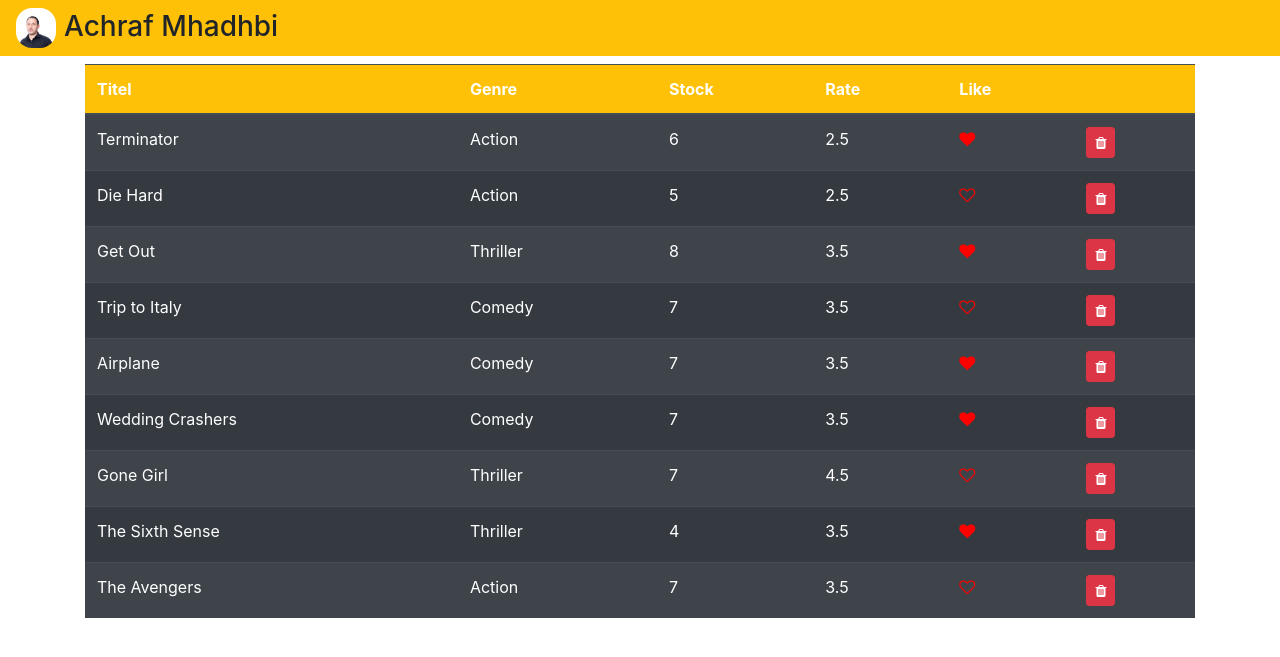
Repository: AMhadhbi/TecMovies-web-app
Page: /
An editor plug-in stored every save of this project. The page is shown before and after the next save, followed by the edit.
The browser window is 1280 px wide. The pictures show the whole page.
The project was rebuilt for these pictures with package versions that can differ from the ones it lists, and the page was loaded fresh each time.

Above is the page before, as saved 2021-03-08 21:55:19.

### src/index.js
import React from 'react';
import ReactDOM from 'react-dom';
import './index.css';
import App from './App';
import reportWebVitals from './reportWebVitals';
import "bootstrap/dist/css/bootstrap.css";
import "font-awesome/css/font-awesome.css";

ReactDOM.render(
  <React.StrictMode>
    <App />
  </React.StrictMode>,
  document.getElementById('root')
);

// If you want to start measuring performance in your app, pass a function
// to log results (for example: reportWebVitals(console.log))
// or send to an analytics endpoint. Learn more: https://bit.ly/CRA-vitals
reportWebVitals();

### src/App.js
import React from 'react';
import Movies from './components/movies';
import Navbar from './components/navbar';

function App() {
  return (
    <React.Fragment>
      <Navbar/>
      <div className='container'>
      <Movies/>
      </div>
    </React.Fragment>

   );
}

export default App;

### src/components/movies.jsx
import React, { Component } from 'react';
import { getMovies } from '../services/fakeMovieService';
import Like from './like';

class Movies extends Component {
    state = {
        movies : getMovies()
     }
    handleLike = (movie) => {
      const movies = [...this.state.movies];
      const index = movies.indexOf(movie);
      movies[index] = { ...movies[index]};
      movies[index].liked = !movies[index].liked;
      this.setState({movies})
    }
    handelDelete = (movie) => {
      const movies = [...this.state.movies];
      let movieInDb = movies.find((m) => m._id === movie._id);
      movies.splice(movies.indexOf(movieInDb), 1);
      this.setState({movies});

    }
    render() {
        const {movies} = this.state;
        return (
            <table className="table table-striped table-dark">
            <thead className="bg-warning">
              <tr>
                <th>Titel</th>
                <th>Genre</th>
                <th>Stock</th>
                <th>Rate</th>
                <th>Like</th>
                <th/>
              </tr>
            </thead>
            <tbody>
            {movies.map((movie) => (
                <tr key={movie.id}>
                    <td>{movie.title}</td>
                    <td>{movie.genre.name}</td>
                    <td>{movie.numberInStock}</td>
                    <td>{movie.dailyRentalRate}</td>
                    <td >
                      <Like
                      movie={movie}
                      OnLike={this.handleLike}/>
                    </td>
                    <td>
                    <button className="btn btn-danger btn-sm" onClick={ () => this.handelDelete(movie)} >
                    <i className="fa fa-trash"/>
                    </button>
                    </td>
            </tr>
            ))}

            </tbody>
          </table>
         );
    }
}

export default Movies;

### src/components/navbar.jsx
import React, { Component } from 'react';
class Navbar extends Component {
    render() {
        return (
            <nav className="navbar navbar-light bg-warning h3">
            <span>
                <img className ="mr-2" src='images/me.png' alt=""
                style={{width: "40px", height: "40px", borderRadius :"40%"}}
                />
                Achraf Mhadhbi
            </span>
            </nav>
         );
    }
}

export default Navbar;

### src/services/fakeMovieService.js
import * as genresAPI from "./fakeGenreService";

const movies = [
  {
    _id: "5b21ca3eeb7f6fbccd471815",
    title: "Terminator",
    genre: { _id: "5b21ca3eeb7f6fbccd471818", name: "Action" },
    numberInStock: 6,
    dailyRentalRate: 2.5,
    publishDate: "2018-01-03T19:04:28.809Z",
    liked: true,
  },
  {
    _id: "5b21ca3eeb7f6fbccd471816",
    title: "Die Hard",
    genre: { _id: "5b21ca3eeb7f6fbccd471818", name: "Action" },
    numberInStock: 5,
    dailyRentalRate: 2.5,
    liked: false,
  },
  {
    _id: "5b21ca3eeb7f6fbccd471817",
    title: "Get Out",
    genre: { _id: "5b21ca3eeb7f6fbccd471820", name: "Thriller" },
    numberInStock: 8,
    dailyRentalRate: 3.5,
    liked: true,
  },
  {
    _id: "5b21ca3eeb7f6fbccd471819",
    title: "Trip to Italy",
    genre: { _id: "5b21ca3eeb7f6fbccd471814", name: "Comedy" },
    numberInStock: 7,
    dailyRentalRate: 3.5,
    liked: false,
  },
  {
    _id: "5b21ca3eeb7f6fbccd47181a",
    title: "Airplane",
    genre: { _id: "5b21ca3eeb7f6fbccd471814", name: "Comedy" },
    numberInStock: 7,
    dailyRentalRate: 3.5,
    liked: true,
  },
  {
    _id: "5b21ca3eeb7f6fbccd47181b",
    title: "Wedding Crashers",
    genre: { _id: "5b21ca3eeb7f6fbccd471814", name: "Comedy" },
    numberInStock: 7,
    dailyRentalRate: 3.5,
    liked: true,
  },
  {
    _id: "5b21ca3eeb7f6fbccd47181e",
    title: "Gone Girl",
    genre: { _id: "5b21ca3eeb7f6fbccd471820", name: "Thriller" },
    numberInStock: 7,
    dailyRentalRate: 4.5,
    liked: false,
  },
  {
    _id: "5b21ca3eeb7f6fbccd47181f",
    title: "The Sixth Sense",
    genre: { _id: "5b21ca3eeb7f6fbccd471820", name: "Thriller" },
    numberInStock: 4,
    dailyRentalRate: 3.5,
    liked: true,
  },
  {
    _id: "5b21ca3eeb7f6fbccd471821",
    title: "The Avengers",
    genre: { _id: "5b21ca3eeb7f6fbccd471818", name: "Action" },
    numberInStock: 7,
    dailyRentalRate: 3.5,
    liked: false,
  },
];

export function getMovies() {
  return movies;
}

export function getMovie(id) {
  return movies.find((m) => m._id === id);
}

export function saveMovie(movie) {
  let movieInDb = movies.find((m) => m._id === movie._id) || {};
  movieInDb.name = movie.name;
  movieInDb.genre = genresAPI.genres.find((g) => g._id === movie.genreId);
  movieInDb.numberInStock = movie.numberInStock;
  movieInDb.dailyRentalRate = movie.dailyRentalRate;

  if (!movieInDb._id) {
    movieInDb._id = Date.now();
    movies.push(movieInDb);
  }

  return movieInDb;
}

export function deleteMovie(id) {
  let movieInDb = movies.find((m) => m._id === id);
  movies.splice(movies.indexOf(movieInDb), 1);
  return movieInDb;
}

### src/components/like.jsx
const Like = (props) => {
    const {movie, OnLike} = props;
    const clsIcon = movie.liked ? "fa fa-heart" :"fa fa-heart-o";
    return (
        <i className={clsIcon}
        style={{color:'red'}}
        onClick={ () => OnLike(movie)}>

        </i>
     );
}

export default Like;

Loaded but not shown: public/index.html (common file); src/index.css (common file); src/reportWebVitals.js (common file); src/services/fakeGenreService.js (common file)

After the next save:
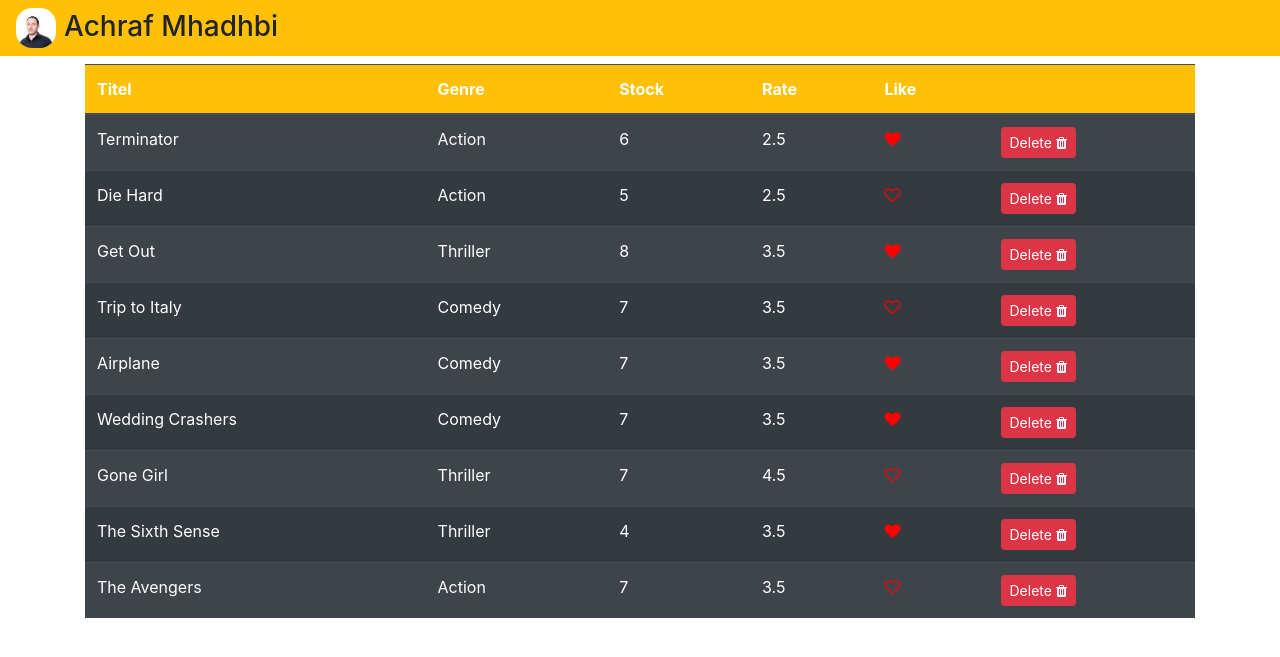
Saved 5 min 39 s later.
--- a/src/components/movies.jsx
+++ b/src/components/movies.jsx
@@ -48,7 +48,7 @@ class Movies extends Component {
                     </td>
                     <td>
                     <button className="btn btn-danger btn-sm" onClick={ () => this.handelDelete(movie)} >
-                    <i className="fa fa-trash"/>
+                    Delete <i className="fa fa-trash"/>
                     </button>
                     </td>
             </tr>
